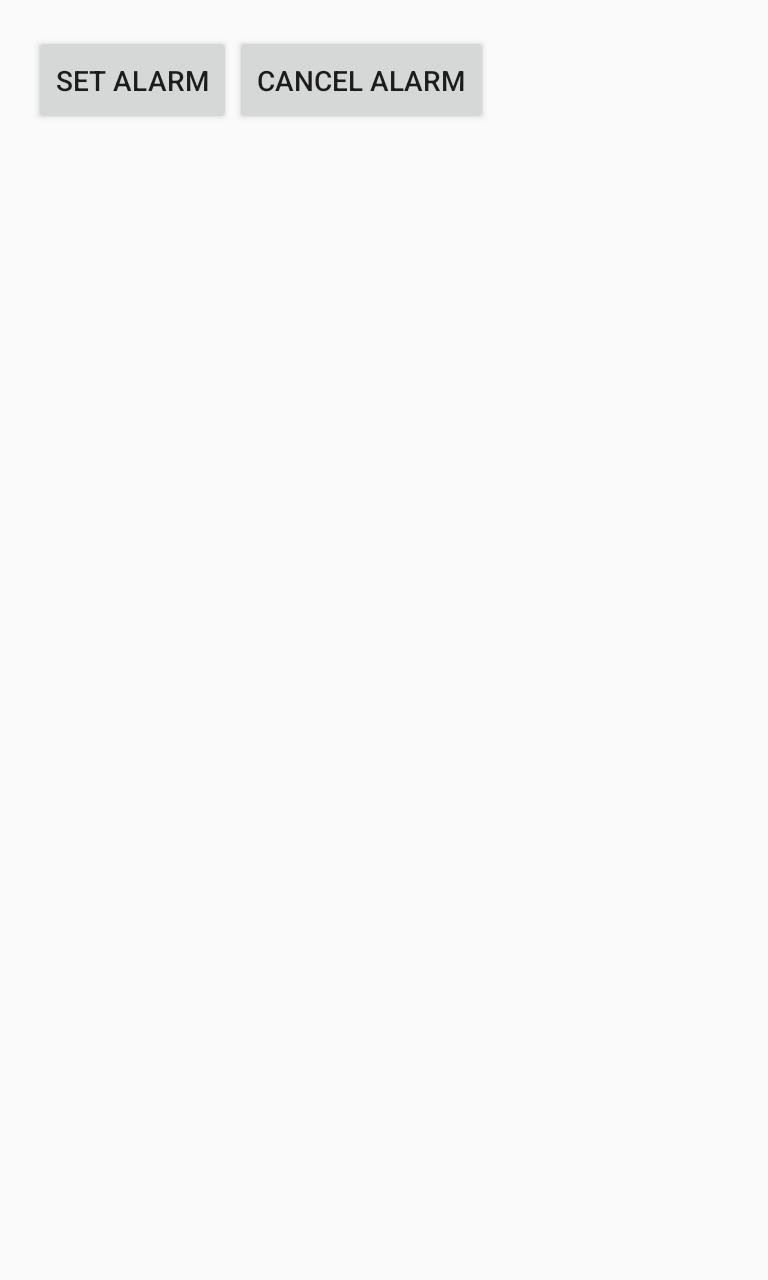
Repository: thneumann/AndroidDenonAlarmClock
Layout: MyDenonAlarmClock/res/layout/activity_main.xml
These files come from the project's save history. The layout is drawn as it stood at one moment and after the next save; the edit follows.
It is drawn on a 768 x 1280 px phone screen (xhdpi) without system bars, with theme AppTheme; the app's code is not run.

Above is the layout before, as saved 2014-11-02 19:04:51.

After the next save:
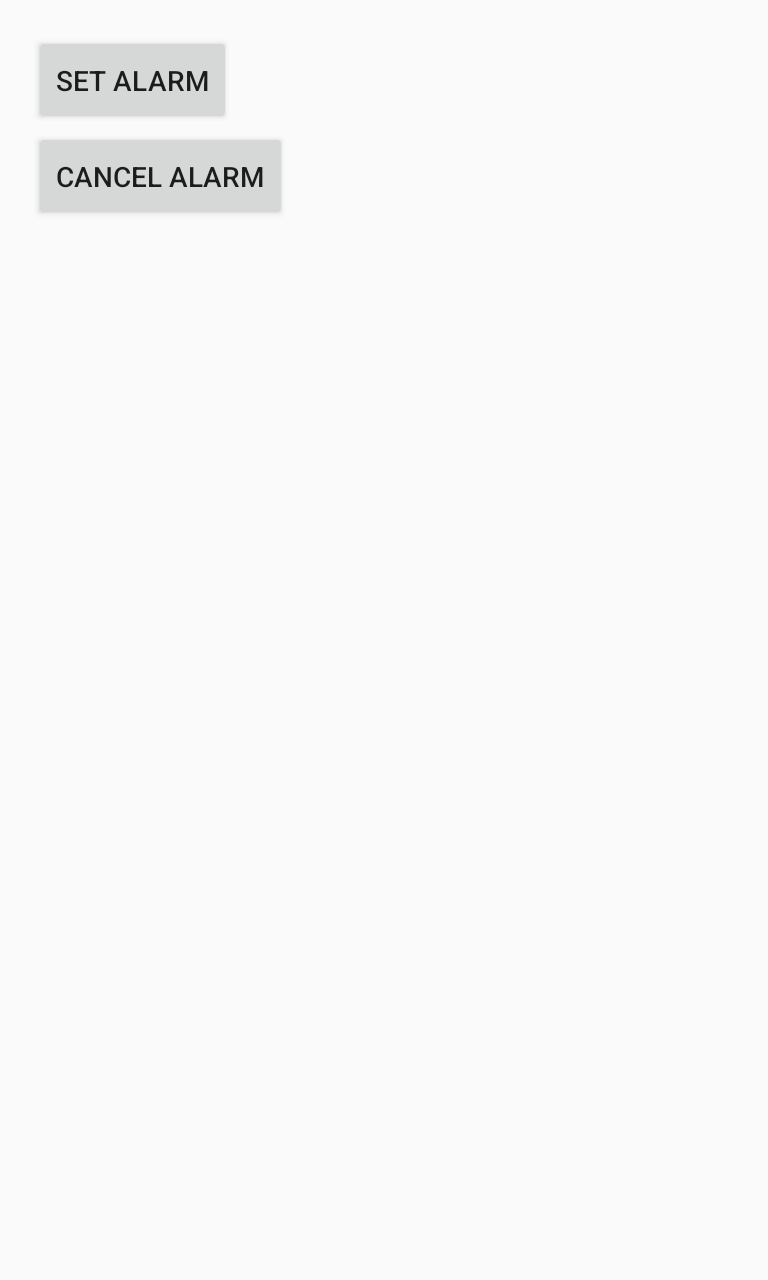
Saved 69 s later.
--- a/MyDenonAlarmClock/res/layout/activity_main.xml
+++ b/MyDenonAlarmClock/res/layout/activity_main.xml
@@ -1,8 +1,9 @@
 <LinearLayout xmlns:android="http://schemas.android.com/apk/res/android"
     xmlns:tools="http://schemas.android.com/tools"
-    android:id="@+id/LinearLayout1"
+    android:id="@+id/LinearLayout2"
     android:layout_width="match_parent"
     android:layout_height="match_parent"
+    android:orientation="vertical"
     android:paddingBottom="@dimen/activity_vertical_margin"
     android:paddingLeft="@dimen/activity_horizontal_margin"
     android:paddingRight="@dimen/activity_horizontal_margin"
@@ -13,14 +14,14 @@
         android:id="@+id/button1"
         android:layout_width="wrap_content"
         android:layout_height="wrap_content"
-        android:text="set alarm"
-        android:onClick="set" />
+        android:onClick="set"
+        android:text="set alarm" />
 
     <Button
         android:id="@+id/button2"
         android:layout_width="wrap_content"
         android:layout_height="wrap_content"
-        android:text="cancel alarm"
-        android:onClick="cancel" />
+        android:onClick="cancel"
+        android:text="cancel alarm" />
 
 </LinearLayout>
